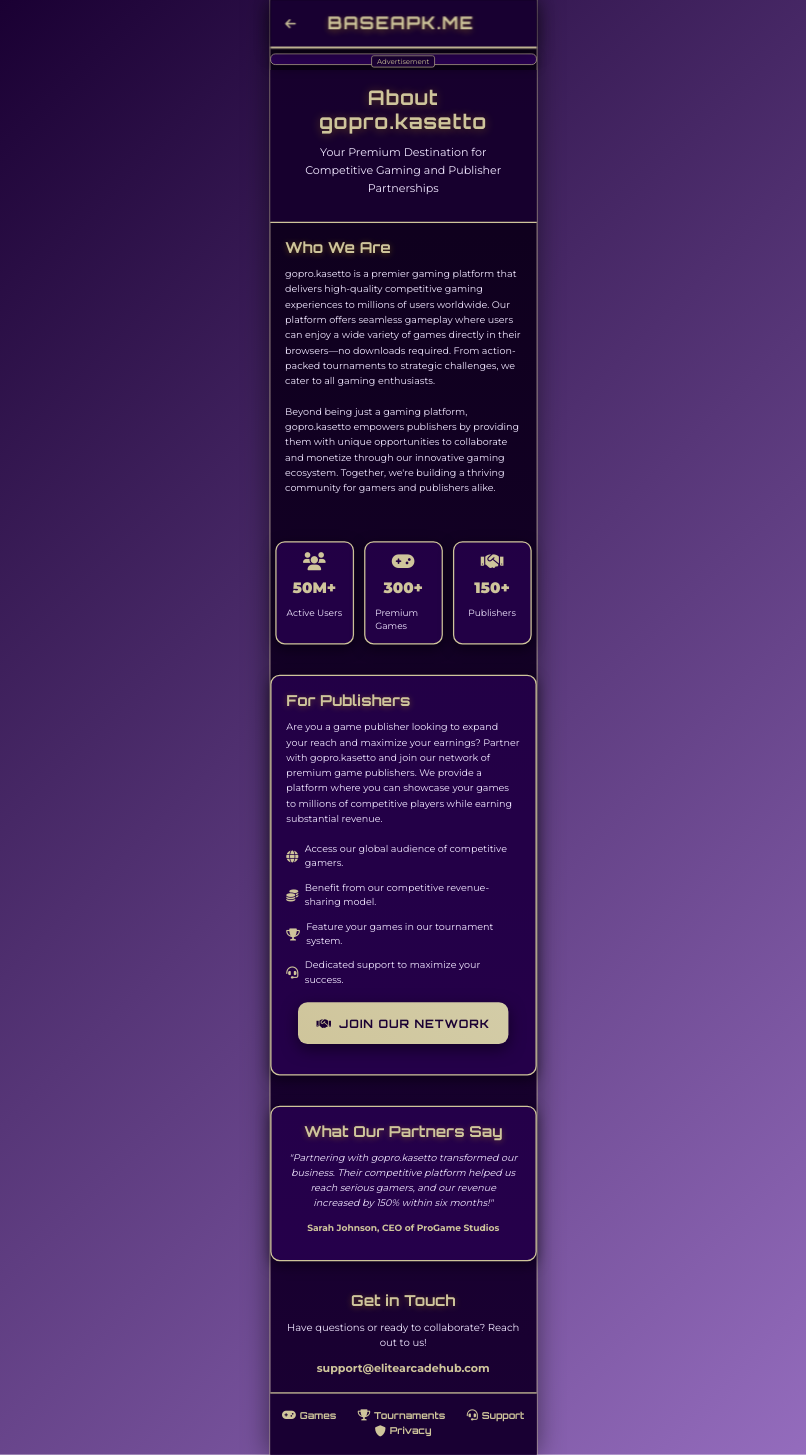
Repository: meenadabhii/kasetto.com
Page: game4265/about.html
These files come from the project's save history. The page is drawn as it stood at one moment and after a run of saves; the edit follows.
The browser window is 1280 px wide. The pictures show the whole page, at 63% of full size.

Above is the page before, as saved 2025-05-15 11:51:04.

After the next 2 saves:
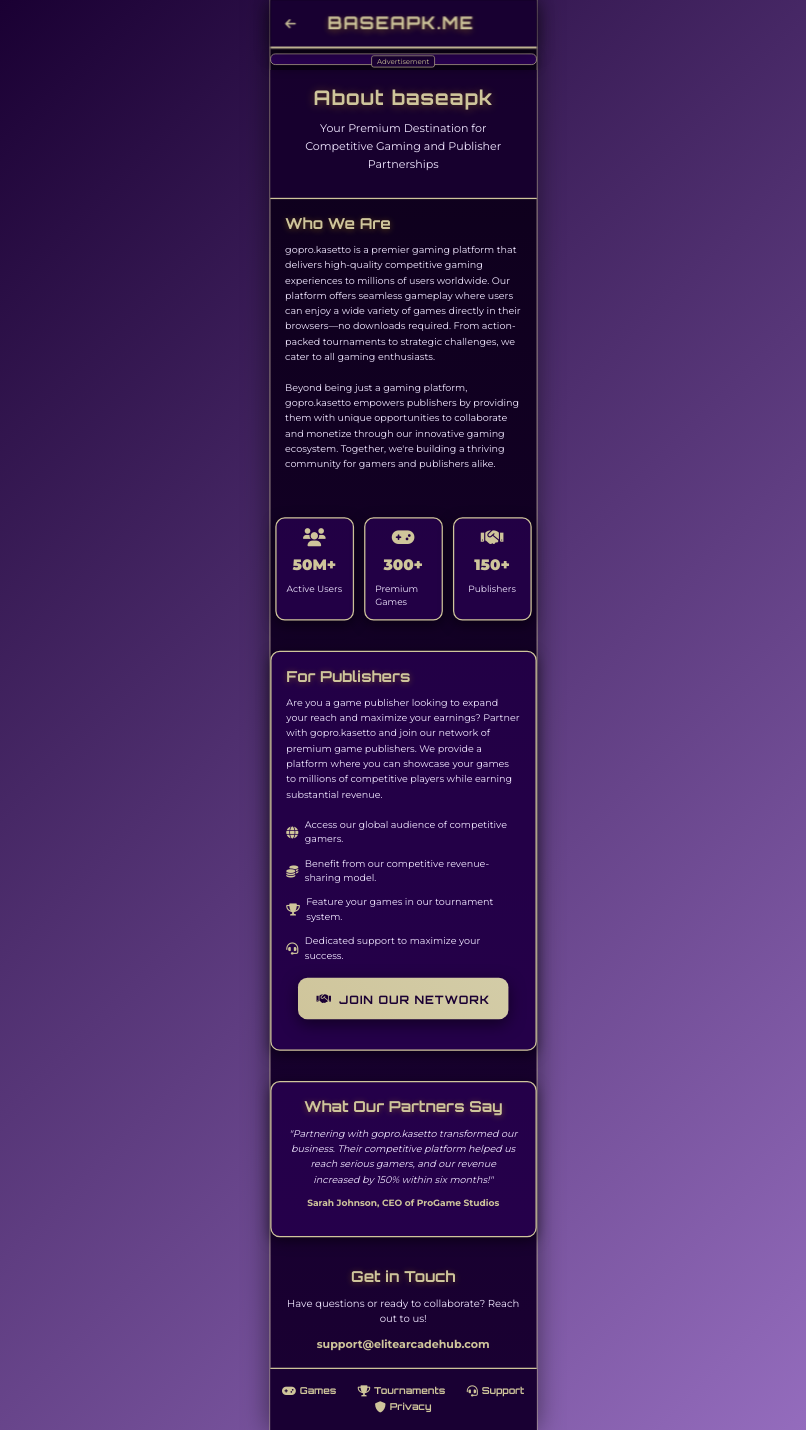
The 2 saves are shown as one change because they came seconds apart.
The last was saved 8 s later.
--- a/game4265/about.html
+++ b/game4265/about.html
@@ -432,7 +432,7 @@
 
     <!-- Hero Section -->
     <div class="about-hero">
-      <h1 class="hero-title">About gopro.kasetto</h1>
+      <h1 class="hero-title">About baseapk</h1>
       <p class="hero-tagline">Your Premium Destination for Competitive Gaming and Publisher Partnerships</p>
     </div>
 
